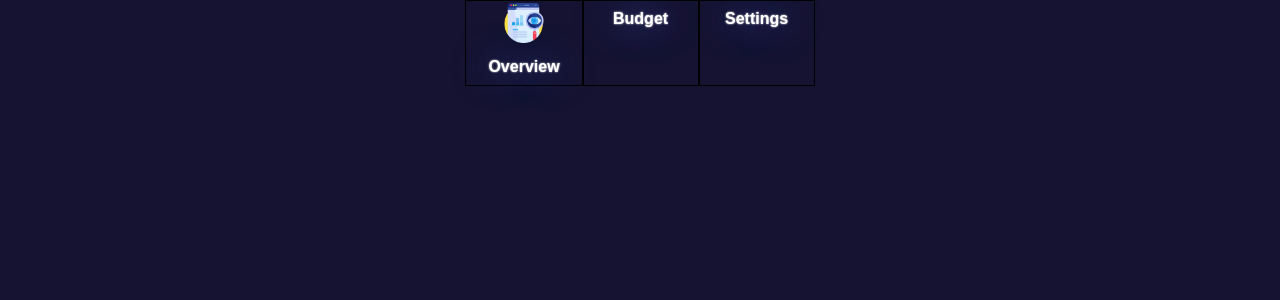
Repository: Minkeani/Money-Manager
Page: /
These files come from the project's save history. The page is drawn as it stood at one moment and after the next save; the edit follows.
The browser window is 1280 px wide. The pictures show the whole page.
The project was rebuilt for these pictures with package versions that can differ from the ones it lists, and the page was loaded fresh each time.

Above is the page before, as saved 2022-07-12 19:39:42.

After the next save:
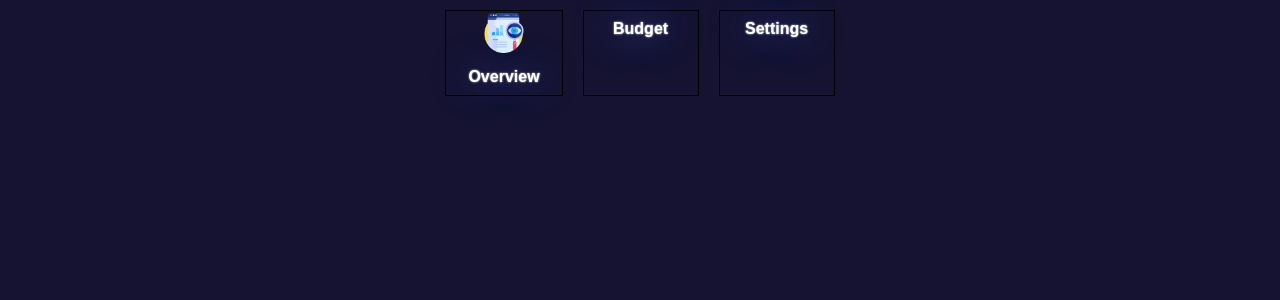
Saved 11 s later.
--- a/src/components/Header/Header.module.css
+++ b/src/components/Header/Header.module.css
@@ -14,7 +14,7 @@
 
 .list__container li {
     border: 1px solid black;
-
+    margin: 10px
 }
 .list__container a {
     display: block;
